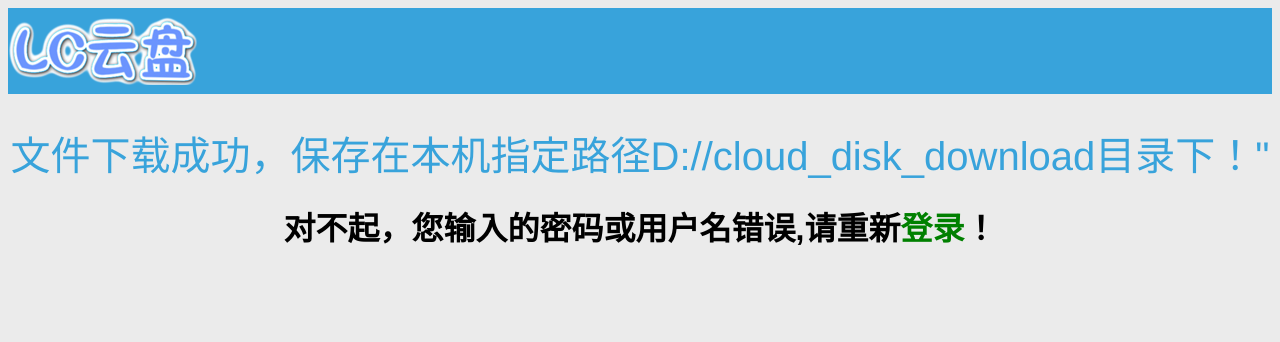
Repository: lihanghang/swiftdisk_jclouds
Page: http://localhost/cloud_disk/disk/down_info.jsp
The author's editor kept a copy of each file at every save. The page is drawn from the files as they stood at one save, then again after the next save.
The browser window is 1280 px wide. The pictures show the whole page.
The page is served by Tomcat 9.

Above is the page before, as saved 2016-07-03 07:09:56.

After the next save:
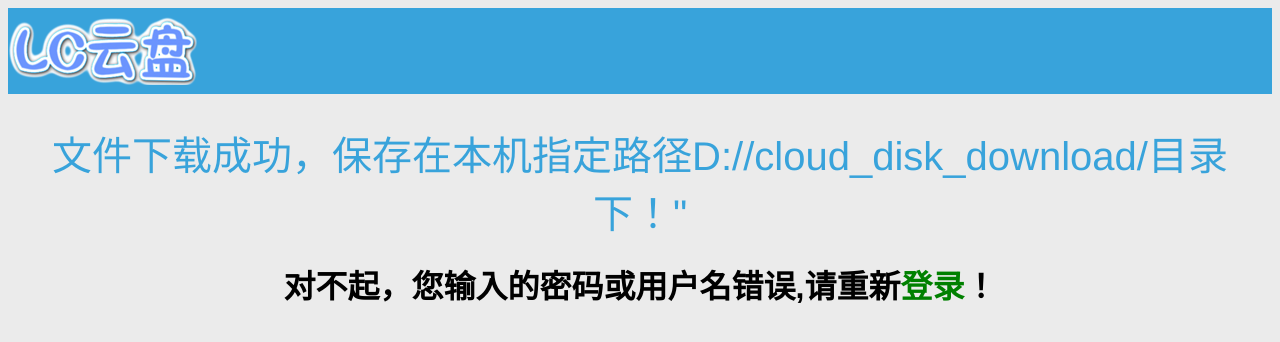
Saved 25 s later.
--- a/cloud_disk/WebContent/disk/down_info.jsp
+++ b/cloud_disk/WebContent/disk/down_info.jsp
@@ -39,7 +39,7 @@
     		</div>
 	        <div id="main">
 	        	<div id="error">
-	        		<span>文件下载成功，保存在本机指定路径D://cloud_disk_download目录下！"</span>
+	        		<span>文件下载成功，保存在本机指定路径D://cloud_disk_download/目录下！"</span>
 	      			<h1>对不起，您输入的密码或用户名错误,请重新<a href="../">登录</a>！</h1>
 	        	</div>
 
